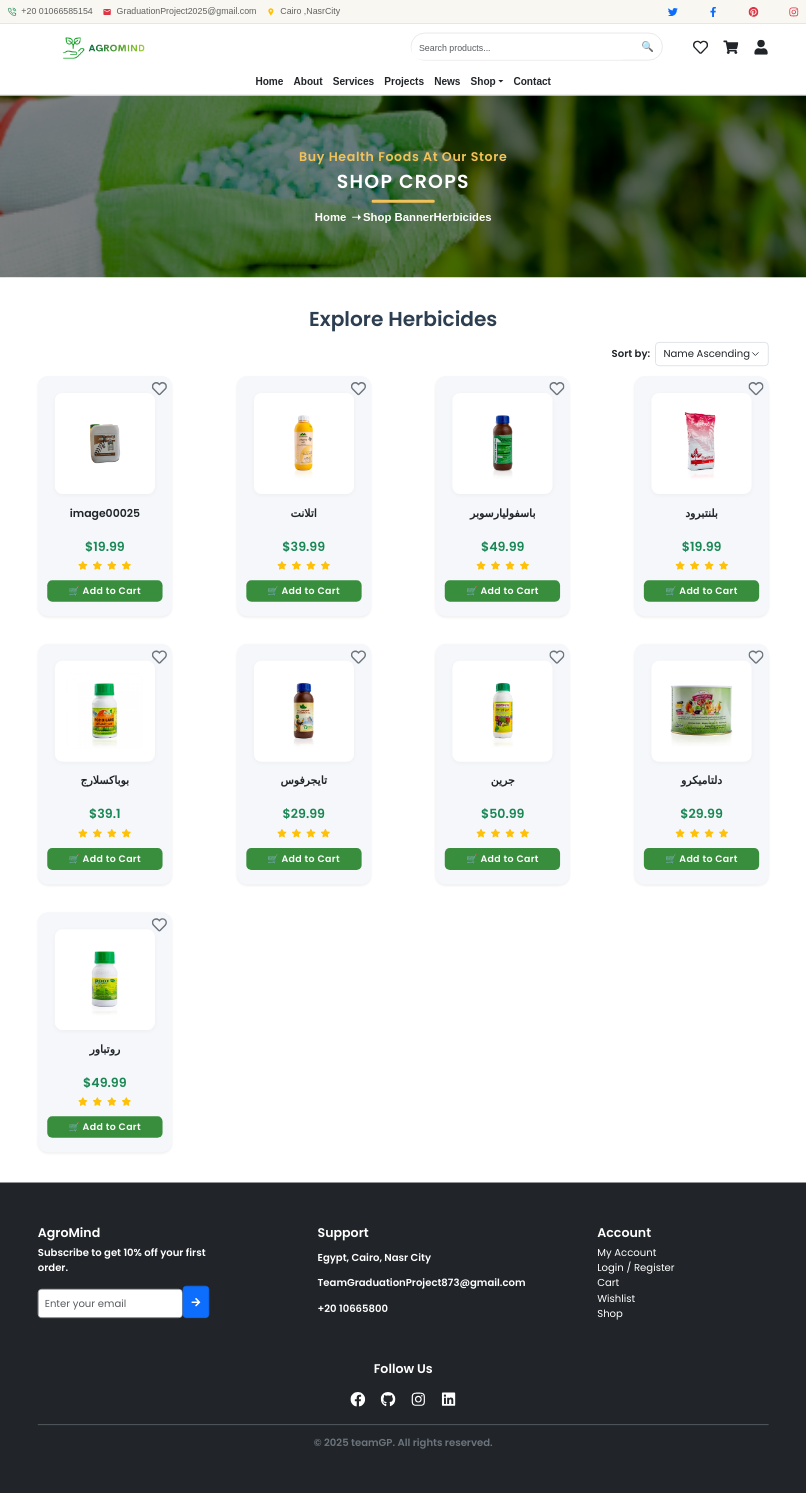
Repository: ShimaaMohamedRoshdi/WorkSpace-agromind
Page: /category/herbicides (app in agricultural-management-system-vs/agricultural-management-system-main/)
An editor plug-in stored every save of this project. The page is shown before and after the next save, followed by the edit.
The browser window is 1280 px wide. The pictures show the whole page, at 63% of full size.
Backgrounds fixed to the window are drawn as part of the page. The project was rebuilt for these pictures with package versions that can differ from the ones it lists, and the page was loaded fresh each time. Also part of the build but not shown: agricultural-management-system-vs/agricultural-management-system-main/vite.config.js, agricultural-management-system-vs/agricultural-management-system-main/services/api.jsx, agricultural-management-system-vs/agricultural-management-system-main/src/pages/SignUp.jsx, agricultural-management-system-vs/agricultural-management-system-main/src/pages/SignIn.jsx, agricultural-management-system-vs/agricultural-management-system-main/src/components/HealthyFoods.css, agricultural-management-system-vs/agricultural-management-system-main/src/components/HealthyFoods.jsx, agricultural-management-system-vs/agricultural-management-system-main/src/components/Products.jsx, agricultural-management-system-vs/agricultural-management-system-main/src/components/AgricultureSkill.jsx and 38 more.

Above is the page before, as saved 2025-05-03 01:41:01.

After the next save:
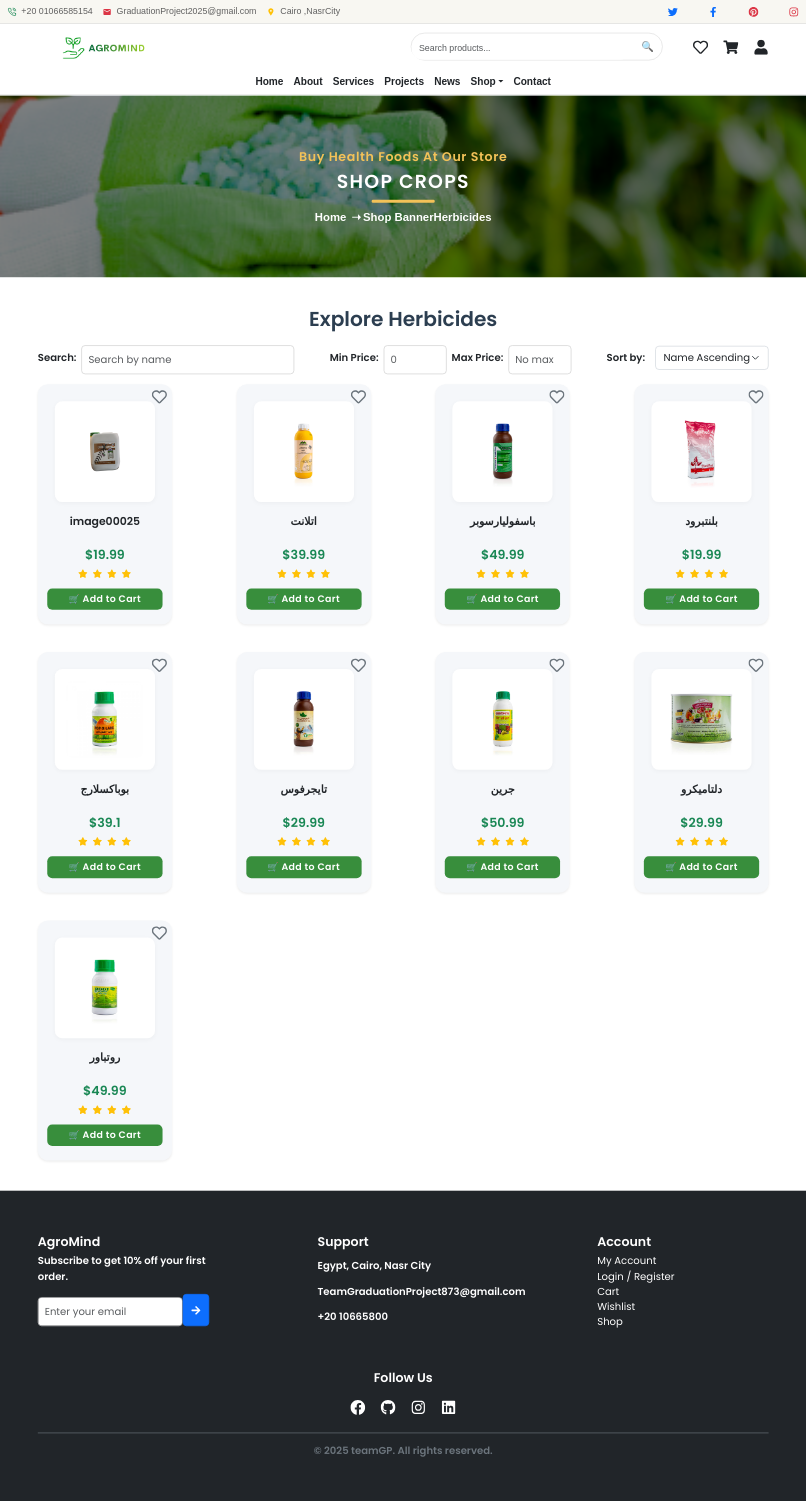
Saved 3 min 41 s later.
--- a/agricultural-management-system-vs/agricultural-management-system-main/src/pages/Herbicides.jsx
+++ b/agricultural-management-system-vs/agricultural-management-system-main/src/pages/Herbicides.jsx
@@ -6,12 +6,20 @@ import BannerHerbicides from "../components/BannerHerbicides";
 const Herbicides = () => {
   const products = useSelector((state) => state.product.products4);
   const [sortOption, setSortOption] = useState("nameAsc");
+  const [searchTerm, setSearchTerm] = useState("");
+  const [priceRange, setPriceRange] = useState({ min: 0, max: Infinity });
 
   if (!products || products.length === 0) {
     return <p className="text-center">No products available.</p>;
   }
 
-  const sortedProducts = [...products].sort((a, b) => {
+  const filteredProducts = products.filter((product) => {
+    const matchesSearch = product.name.toLowerCase().includes(searchTerm.toLowerCase());
+    const withinPriceRange = product.price >= priceRange.min && product.price <= priceRange.max;
+    return matchesSearch && withinPriceRange;
+  });
+
+  const sortedProducts = [...filteredProducts].sort((a, b) => {
     switch (sortOption) {
       case "nameAsc":
         return a.name.localeCompare(b.name);
@@ -26,27 +34,81 @@ const Herbicides = () => {
     }
   });
 
+  const handlePriceChange = (e) => {
+    const { name, value } = e.target;
+    setPriceRange((prev) => ({
+      ...prev,
+      [name]: value === "" ? (name === "min" ? 0 : Infinity) : Number(value),
+    }));
+  };
+
   return (
     <div>
       <BannerHerbicides />
       <div className="container py-5 ">
         <h2 className="text-center mb-3 fw-bold">Explore Herbicides</h2>
-        <div className="d-flex justify-content-end mb-3 align-items-center">
-          <label htmlFor="sort" className="me-2 fw-semibold">
-            Sort by:
-          </label>
-          <select
-            id="sort"
-            value={sortOption}
-            onChange={(e) => setSortOption(e.target.value)}
-            className="form-select w-auto"
-            style={{ minWidth: "180px", cursor: "pointer", borderRadius: "0.375rem", borderColor: "#ced4da", padding: "0.375rem 0.75rem" }}
-          >
-            <option value="nameAsc">Name Ascending</option>
-            <option value="nameDesc">Name Descending</option>
-            <option value="priceAsc">Price Ascending</option>
-            <option value="priceDesc">Price Descending</option>
-          </select>
+        <div className="d-flex justify-content-between mb-3 align-items-center flex-wrap gap-3">
+          <div className="d-flex align-items-center gap-2">
+            <label htmlFor="search" className="fw-semibold">
+              Search:
+            </label>
+            <input
+              type="text"
+              id="search"
+              value={searchTerm}
+              onChange={(e) => setSearchTerm(e.target.value)}
+              className="form-control"
+              placeholder="Search by name"
+              style={{ minWidth: "200px" }}
+            />
+          </div>
+          <div className="d-flex align-items-center gap-2">
+            <label htmlFor="minPrice" className="fw-semibold">
+              Min Price:
+            </label>
+            <input
+              type="number"
+              id="minPrice"
+              name="min"
+              value={priceRange.min === 0 ? "" : priceRange.min}
+              onChange={handlePriceChange}
+              className="form-control"
+              placeholder="0"
+              style={{ width: "100px" }}
+              min="0"
+            />
+            <label htmlFor="maxPrice" className="fw-semibold">
+              Max Price:
+            </label>
+            <input
+              type="number"
+              id="maxPrice"
+              name="max"
+              value={priceRange.max === Infinity ? "" : priceRange.max}
+              onChange={handlePriceChange}
+              className="form-control"
+              placeholder="No max"
+              style={{ width: "100px" }}
+              min="0"
+            />
+          </div>
+          <div className="d-flex justify-content-end align-items-center gap-2">
+            <label htmlFor="sort" className="me-2 fw-semibold">
+              Sort by:
+            </label>
+            <select
+              id="sort"
+              value={sortOption}
+              onChange={(e) => setSortOption(e.target.value)}
+              className="form-select w-auto"
+              style={{ minWidth: "180px", cursor: "pointer", borderRadius: "0.375rem", borderColor: "#ced4da", padding: "0.375rem 0.75rem" }}
+            >
+              <option value="nameAsc">Name Ascending</option>
+              <option value="nameDesc">Name Descending</option>
+              <option value="priceAsc">Price Ascending</option>
+              <option value="priceDesc">Price Descending</option>
+            </select>
+          </div>
         </div>
         <div className="row row-cols-1 row-cols-md-3 row-cols-lg-5 g-4">
           {sortedProducts.map((product) => (
